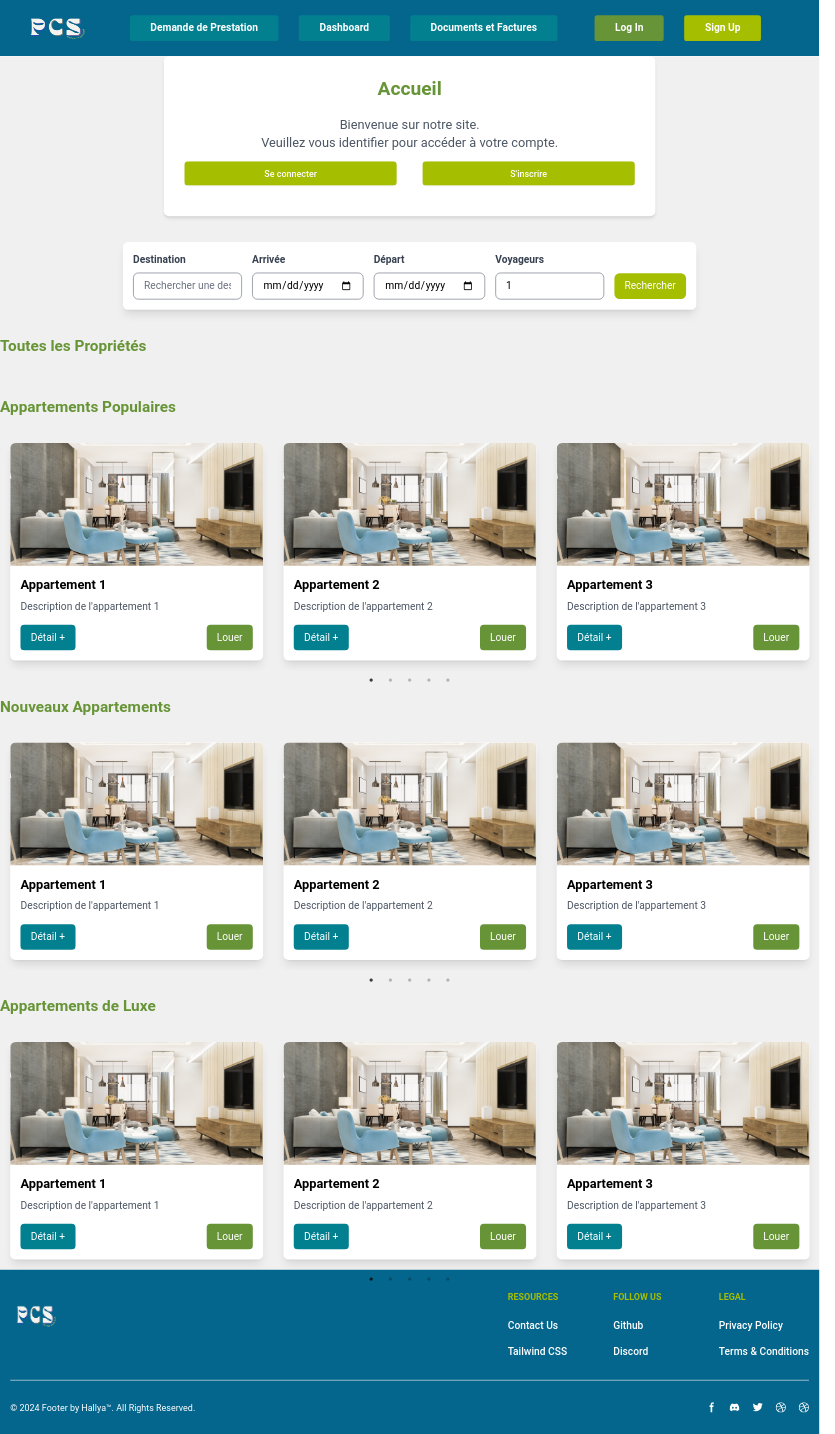
Repository: HATTOUNGBRE/ProjetAnnuel2
Page: / (app in FRONT/)
An editor plug-in stored every save of this project. The page is shown before and after the next save, followed by the edit.
The browser window is 1280 px wide. The page is 1305 px wide, so the pictures cover 1305 px, including what lies to the right of the window. The pictures show the whole page, at 64% of full size.
The page's requests for data from a server got no answer. The project was rebuilt for these pictures with package versions that can differ from the ones it lists, and the page was loaded fresh each time. No one was signed in, and anything a server would have sent is missing. Also part of the build but not shown: FRONT/vite.config.js, FRONT/src/components/Contact.jsx, FRONT/src/components/CatUser.jsx, FRONT/src/components/Login.jsx, FRONT/src/components/prestataire/PrestataireType.jsx, FRONT/src/components/prestataire/PrestataireDetails.jsx, FRONT/src/components/Account.jsx, FRONT/src/components/Inscription.jsx and 13 more.

Above is the page before, as saved 2024-06-28 22:53:09.

After the next save:
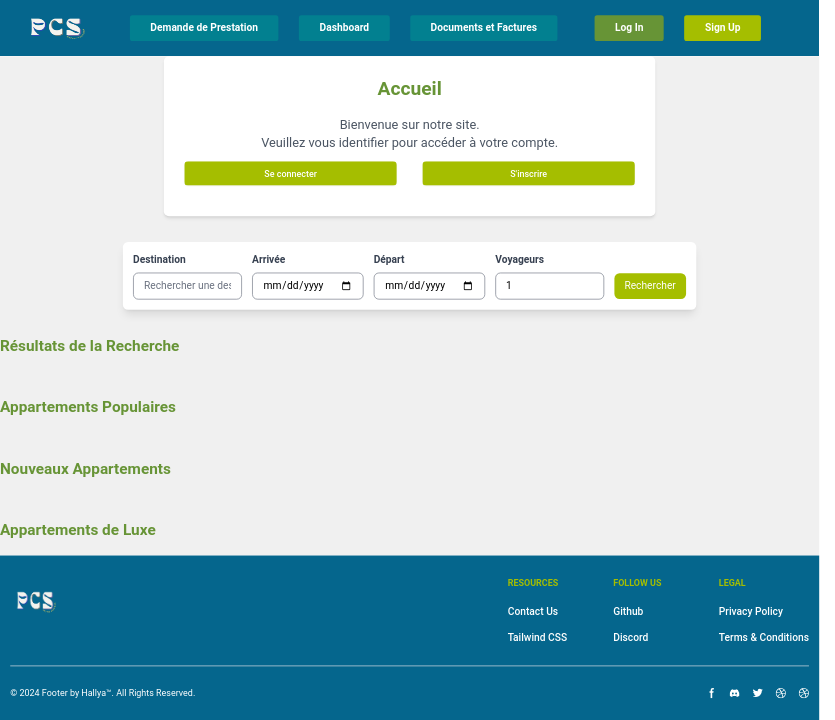
Saved 34 s later.
--- a/FRONT/src/components/Main.jsx
+++ b/FRONT/src/components/Main.jsx
@@ -23,20 +23,6 @@
       setCities([]);
     }
   }, [searchTerm]);
-
-  useEffect(() => {
-    // Fetch properties from the backend on component mount
-    const fetchProperties = async () => {
-      try {
-        const response = await fetch('http://localhost:8000/api/properties');
-        const data = await response.json();
-        setProperties(data);
-      } catch (error) {
-        console.error('Error fetching properties:', error);
-      }
-    };
-    fetchProperties();
-  }, []);
 
   const searchCities = async (term) => {
     try {
@@ -173,20 +159,20 @@
         </div>
       ) : null}
 
-      {/* Propriétés depuis la base de données */}
+      {/* Résultats de la recherche */}
       <div className="mt-10 w-full">
-        <h2 className="text-2xl font-semibold text-pcs-400 mb-6">Toutes les Propriétés</h2>
+        <h2 className="text-2xl font-semibold text-pcs-400 mb-6">Résultats de la Recherche</h2>
         <div className="grid grid-cols-1 md:grid-cols-2 lg:grid-cols-3 gap-4">
           {properties.map((property) => (
-            <PropertyRowSlider key={property.id} property={property} />
+            <PropertyRow key={property.id} property={property} />
           ))}
         </div>
       </div>
 
       {/* Sections de propriétés fictives */}
-      <PropertySliderSection title="Appartements Populaires" sliderSettings={sliderSettings} />
-      <PropertySliderSection title="Nouveaux Appartements" sliderSettings={sliderSettings} />
-      <PropertySliderSection title="Appartements de Luxe" sliderSettings={sliderSettings} />
+      <PropertyRowSlider title="Appartements Populaires" apiUrl="http://localhost:8000/api/properties/popular" sliderSettings={sliderSettings} />
+      <PropertyRowSlider title="Nouveaux Appartements" apiUrl="http://localhost:8000/api/properties/new" sliderSettings={sliderSettings} />
+      <PropertyRowSlider title="Appartements de Luxe" apiUrl="http://localhost:8000/api/properties/luxury" sliderSettings={sliderSettings} />
     </div>
   );
 }

After the save that followed:
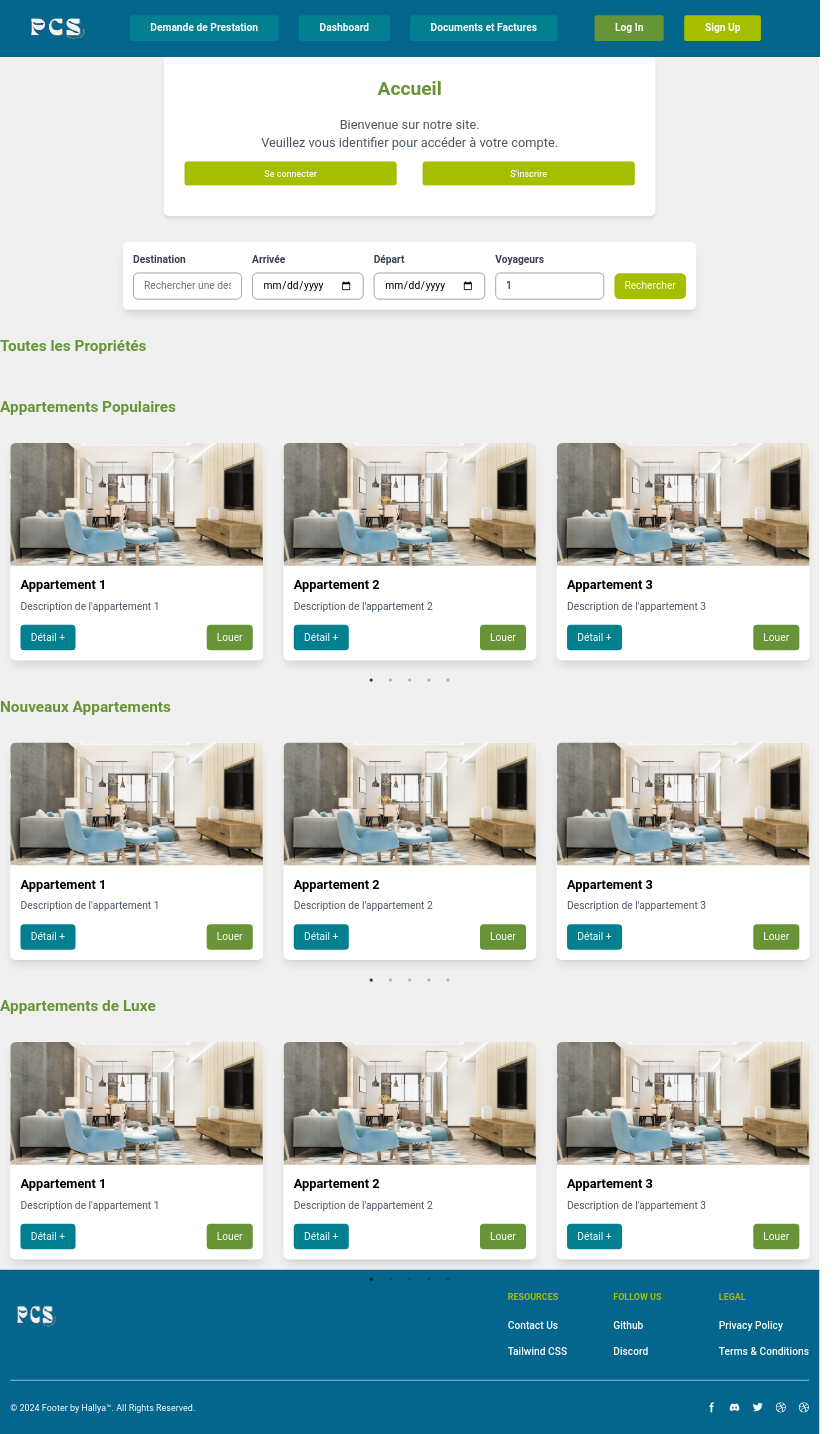
Saved 25 s later.
--- a/FRONT/src/components/Main.jsx
+++ b/FRONT/src/components/Main.jsx
@@ -23,6 +23,20 @@
       setCities([]);
     }
   }, [searchTerm]);
+
+  useEffect(() => {
+    // Fetch properties from the backend on component mount
+    const fetchProperties = async () => {
+      try {
+        const response = await fetch('http://localhost:8000/api/properties');
+        const data = await response.json();
+        setProperties(data);
+      } catch (error) {
+        console.error('Error fetching properties:', error);
+      }
+    };
+    fetchProperties();
+  }, []);
 
   const searchCities = async (term) => {
     try {
@@ -159,20 +173,20 @@
         </div>
       ) : null}
 
-      {/* Résultats de la recherche */}
+      {/* Propriétés depuis la base de données */}
       <div className="mt-10 w-full">
-        <h2 className="text-2xl font-semibold text-pcs-400 mb-6">Résultats de la Recherche</h2>
+        <h2 className="text-2xl font-semibold text-pcs-400 mb-6">Toutes les Propriétés</h2>
         <div className="grid grid-cols-1 md:grid-cols-2 lg:grid-cols-3 gap-4">
           {properties.map((property) => (
-            <PropertyRow key={property.id} property={property} />
+            <PropertyRowSlider key={property.id} property={property} />
           ))}
         </div>
       </div>
 
       {/* Sections de propriétés fictives */}
-      <PropertyRowSlider title="Appartements Populaires" apiUrl="http://localhost:8000/api/properties/popular" sliderSettings={sliderSettings} />
-      <PropertyRowSlider title="Nouveaux Appartements" apiUrl="http://localhost:8000/api/properties/new" sliderSettings={sliderSettings} />
-      <PropertyRowSlider title="Appartements de Luxe" apiUrl="http://localhost:8000/api/properties/luxury" sliderSettings={sliderSettings} />
+      <PropertySliderSection title="Appartements Populaires" sliderSettings={sliderSettings} />
+      <PropertySliderSection title="Nouveaux Appartements" sliderSettings={sliderSettings} />
+      <PropertySliderSection title="Appartements de Luxe" sliderSettings={sliderSettings} />
     </div>
   );
 }
